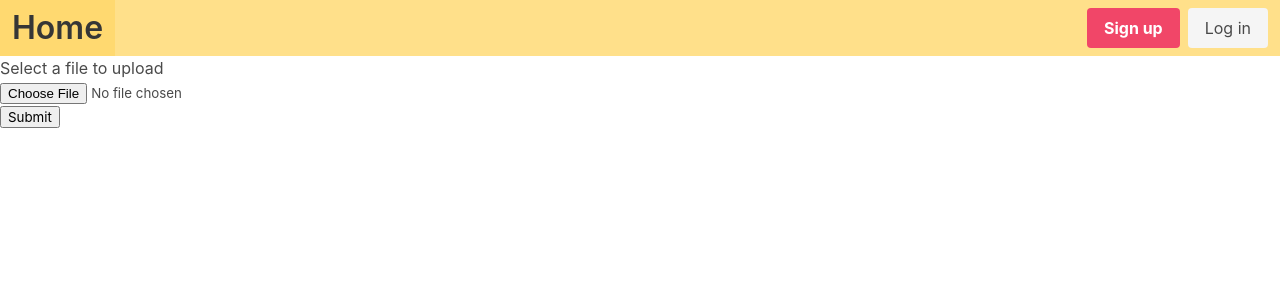
Repository: Manumathew01/Segmentation-of-retinal-images
Page: http://localhost/
The author's editor kept a copy of each file at every save. The page is drawn from the files as they stood at one save, then again after a run of saves.
The browser window is 1280 px wide. The pictures show the whole page.
The page is served by the project's application, run on Flask 3 (main.py).

Above is the page before, as saved 2022-05-12 14:51:55.

### templates/base.html
<!DOCTYPE html>
<html>
  <head>
    <meta charset="utf-8" />
    <meta name="viewport" content="width=device-width, initial-scale=1" />
    <title>{% block title %}Home{% endblock %}</title>
    <link
      rel="stylesheet"
      href="https://cdn.jsdelivr.net/npm/bulma@0.9.3/css/bulma.min.css"
    />
  </head>
  <body>
    <nav
      class="navbar is-warning"
      role="navigation"
      aria-label="main navigation"
    >
      <div class="navbar-brand">
        <a class="navbar-item" href="/">
          <p class="title">Home</p>
        </a>

        <a
          role="button"
          class="navbar-burger"
          aria-label="menu"
          aria-expanded="false"
          data-target="navbarBasicExample"
        >
          <span aria-hidden="true"></span>
          <span aria-hidden="true"></span>
          <span aria-hidden="true"></span>
        </a>
      </div>

      <div id="navbarBasicExample" class="navbar-menu">
        <div class="navbar-start"></div>

        <div class="navbar-end">
          <div class="navbar-item">
            <div class="buttons">
              <a class="button is-danger" href="/sign-up">
                <strong>Sign up</strong>
              </a>
              <a class="button is-light" href="/login"> Log in </a>
            </div>
          </div>
        </div>
      </div>
    </nav>

    <h2>Select a file to upload</h2>
      <p>
      {% with messages = get_flashed_messages() %}
        {% if messages %}
        <ul>
        {% for message in messages %}
          <li>{{ message }}</li>
        {% endfor %}
        </ul>
        {% endif %}
      {% endwith %}
    </p>
    {% if filename %}
      <div>
        <img src="{{ url_for('display_image', filename=filename) }}">
      </div>
    {% endif %}
  <form method="post" action="/" enctype="multipart/form-data">
    <dl>
    <p>
      <input type="file" name="file" autocomplete="off" required>
    </p>
    </dl>
    <p><input type="submit" value="Submit" onclick="predict()"></p>
  </form>

    {%block content%} {% endblock %}
  </body>
</html>

### main.py
import os
from app import app
import urllib.request
from flask import Flask, flash, request, redirect, url_for, render_template
from werkzeug.utils import secure_filename

ALLOWED_EXTENSIONS = set(['png', 'jpg', 'jpeg', 'gif'])


def allowed_file(filename):
    return '.' in filename and filename.rsplit('.', 1)[1].lower() in ALLOWED_EXTENSIONS


@app.route('/')
def upload_form():
    return render_template('base.html')


@app.route('/', methods=['POST'])
def upload_image():
    if 'file' not in request.files:
        flash('No file part')
        return redirect(request.url)
    file = request.files['file']
    if file.filename == '':
        flash('No image selected for uploading')
        return redirect(request.url)
    if file and allowed_file(file.filename):
        filename = secure_filename(file.filename)
        file.save(os.path.join(app.config['UPLOAD_FOLDER'], filename))
        #print('upload_image filename: ' + filename)
        flash('Image successfully uploaded and displayed below')
        return render_template('base.html', filename=filename)
    else:
        flash('Allowed image types are -> png, jpg, jpeg, gif')
        return redirect(request.url)


def predict():
    print("hel")


@app.route('/display/<filename>')
def display_image(filename):
    #print('display_image filename: ' + filename)
    return redirect(url_for('static', filename='uploads/' + filename), code=301)


if __name__ == "__main__":
    app.run()

### app.py
from flask import Flask

UPLOAD_FOLDER = 'static/uploads/'

app = Flask(__name__)
app.secret_key = "secret key"
app.config['UPLOAD_FOLDER'] = UPLOAD_FOLDER
app.config['MAX_CONTENT_LENGTH'] = 16 * 1024 * 1024

After the next 2 saves:
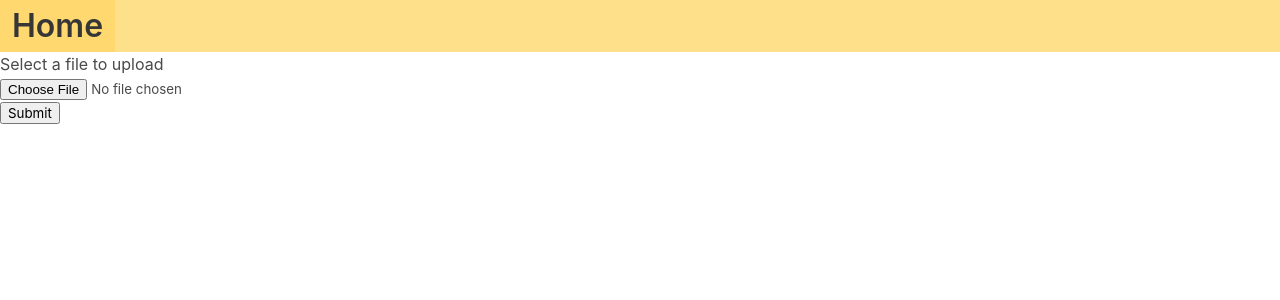
The 2 saves are shown as one change because they came seconds apart.
The last was saved 4 days later.
--- a/templates/base.html
+++ b/templates/base.html
@@ -37,14 +37,6 @@
         <div class="navbar-start"></div>
 
         <div class="navbar-end">
-          <div class="navbar-item">
-            <div class="buttons">
-              <a class="button is-danger" href="/sign-up">
-                <strong>Sign up</strong>
-              </a>
-              <a class="button is-light" href="/login"> Log in </a>
-            </div>
-          </div>
         </div>
       </div>
     </nav>
